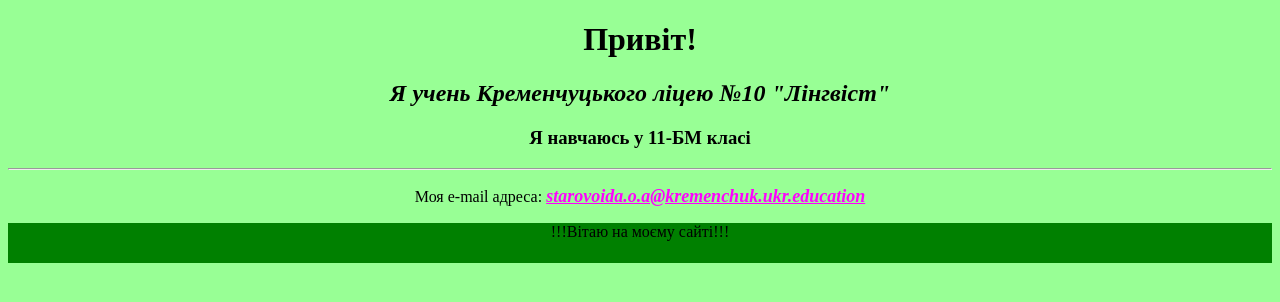
Repository: alexandrastarovoyda-star/homework_info
Page: pr3/html/pr3.html
An editor plug-in stored every save of this project. The page is shown before and after the next save, followed by the edit.
The browser window is 1280 px wide. The pictures show the whole page.

Above is the page before, as saved 2026-01-28 11:48:49.

### pr3/html/pr3.html
<!DOCTYPE html>
<html lang="ua">
    <head>
        <title>Веб-сторінка Старовойда Олександра</title>
        <meta charset="utf-8">
        <link rel="stylesheet" href="../css/main.css">
    </head>
    <body>
        <h1 class="bl">Привіт!</h1>
        <h2 class="itl">Я учень Кременчуцького ліцею №10 "Лінгвіст"</h2>
        <h3 class="bl">Я навчаюсь у 11-БМ класі</h3>
        <hr>
        <p>Моя e-mail адреса: <a class="mail" href="mailto:starovoida.o.a@kremenchuk.ukr.education?subject=Рекламна_пропозиція">starovoida.o.a@kremenchuk.ukr.education</a></p>
        <div class="marquee"> !!!Вітаю на моєму сайті!!!</div>
    </body>
</html>

### pr3/css/main.css
body{
    background-color: rgba(131, 255, 127, 0.829);
    text-align: center;
}

.bl{
    font-weight: bold;
}

.itl{
    font-style: italic;
}

.mail{
    color: magenta;
    font-style: italic;
    font-weight: bold;
    font-size: 18px;
}

.marquee {
    background-color: green;
    margin-top: 20 px;
    width: 100%;
    height: 40px;
    animation: move 10s linear infinite;
    white-space: nowrap;
}

After the next save:
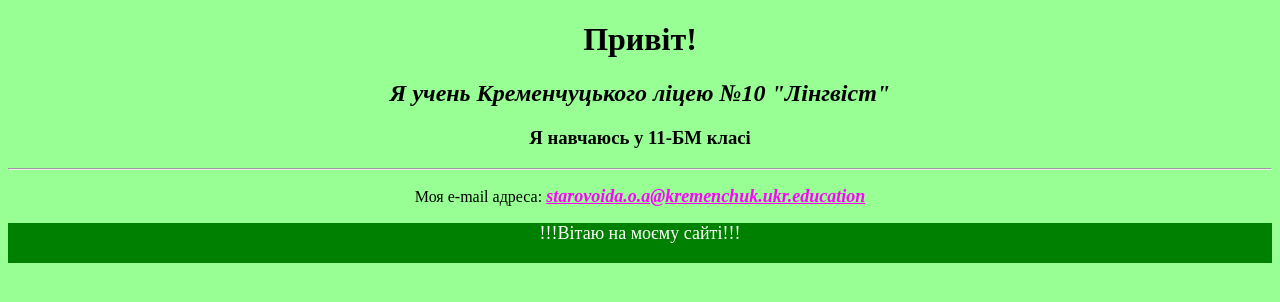
Saved 7 min 52 s later.
--- a/pr3/css/main.css
+++ b/pr3/css/main.css
@@ -25,4 +25,6 @@
     height: 40px;
     animation: move 10s linear infinite;
     white-space: nowrap;
+    color: white;
+    font-size: 18px;
 }
